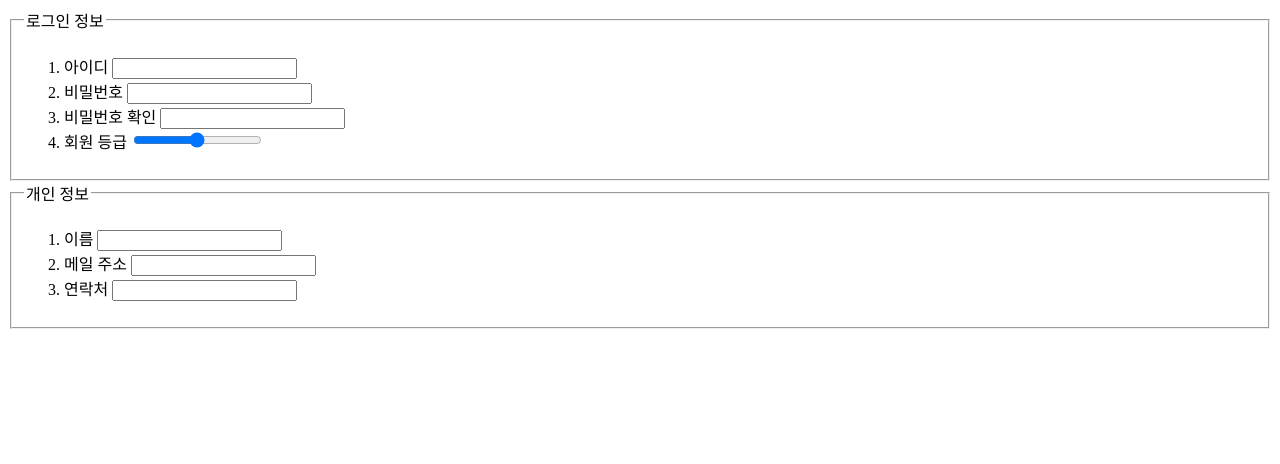
Repository: giwon8701/Qclass_KH
Page: Workspace_Java/testWebProject/test.html
These files come from the project's save history. The page is drawn as it stood at one moment and after the next save; the edit follows.
The browser window is 1280 px wide. The pictures show the whole page.

Above is the page before, as saved 2021-01-11 02:13:12.

After the next save:
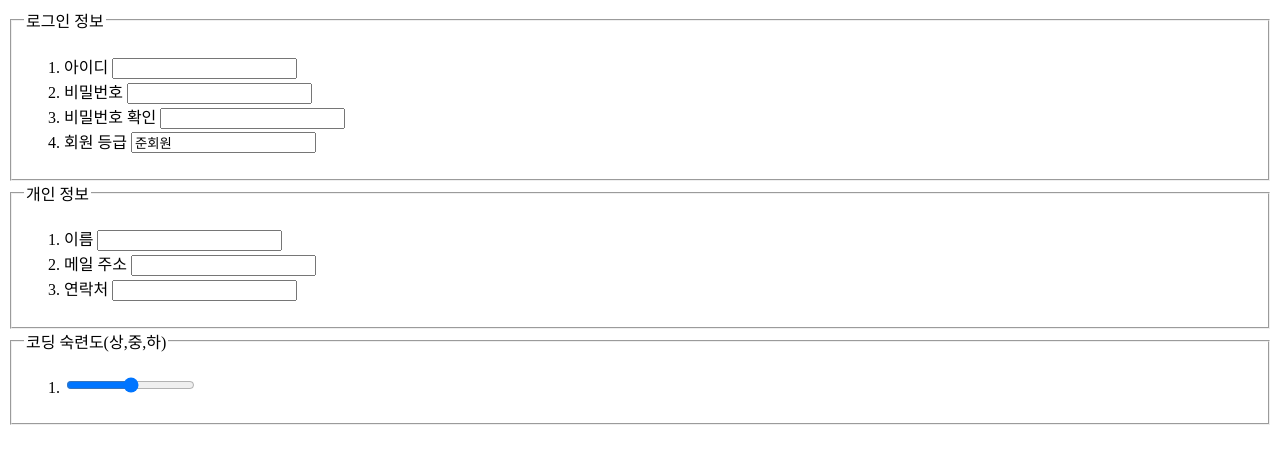
Saved 67 s later.
--- a/Workspace_Java/testWebProject/test.html
+++ b/Workspace_Java/testWebProject/test.html
@@ -28,7 +28,7 @@
 
 			<li>
 				<label>회원 등급</label>
-				<input type="range" id="grade" value="준회원">
+				<input type="text" id="grade" value="준회원">
 			</li>
 		</ol>
 	</fieldset>
@@ -38,7 +38,7 @@
 		<ol>
 			<li>
 				<label>이름</label>
-				<input type="text" name="name">
+				<input type="text" id="name">
 			</li>
 
 			<li>
@@ -52,6 +52,15 @@
 			</li>
 		</ol>
 	</fieldset>
+
+	<fieldset>
+		<legend>코딩 숙련도(상,중,하)</legend>
+		<ol>
+			<li>
+				<input type="range" id="coding_level">
+			</li>
+		</ol>
+	</fieldset>
 </form>
 </body>
 </html>
